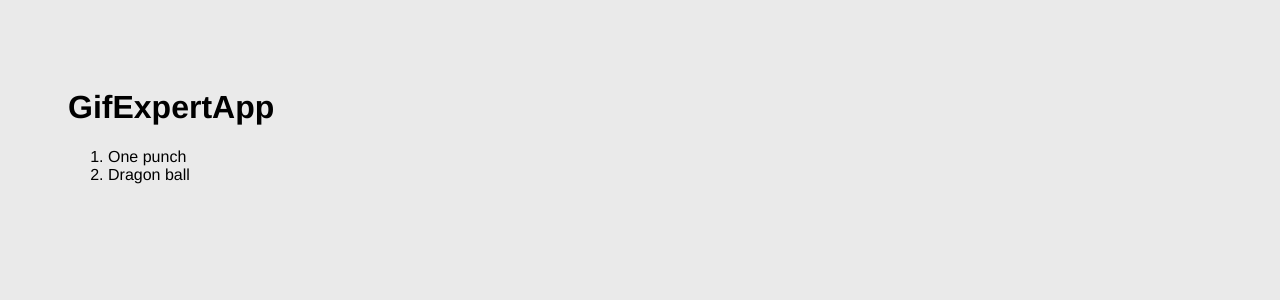
Repository: mmg0206/react-gif-expert
Page: /
These files come from the project's save history. The page is drawn as it stood at one moment and after the next save; the edit follows.
The browser window is 1280 px wide. The pictures show the whole page.
The project was rebuilt for these pictures with package versions that can differ from the ones it lists, and the page was loaded fresh each time. Also part of the build but not shown: vite.config.js.

Above is the page before, as saved 2024-04-13 18:06:18.

### src/main.jsx
import React from 'react'
import ReactDOM from 'react-dom/client'
import { GifExpertApp } from './GifExpertApp.jsx'
import './styles.css';


ReactDOM.createRoot(document.getElementById('root')).render(
  <React.StrictMode>
    <GifExpertApp/>
  </React.StrictMode>
)

### src/GifExpertApp.jsx
import { useState } from "react";

export const GifExpertApp = () => {
  // const apiKey ='Ls33XwmjLip5m9fo9lFfzjgpz7a8Isa8';
  const [categories, setCategories] = useState(['One punch', 'Dragon ball']);
  console.log(categories);
  return (
    <>
      {/* titulo */}
      <h1>GifExpertApp</h1>

      {/* input */}

      {/* listado de gifs */}
      <ol>
        {
          categories.map(el =>{
              return <li key={el}>{el}</li>
          })
        }
      </ol>
        {/* Gif item */}
    </>
  )
}

Loaded but not shown: index.html (common file); src/styles.css (common file)

After the next save:
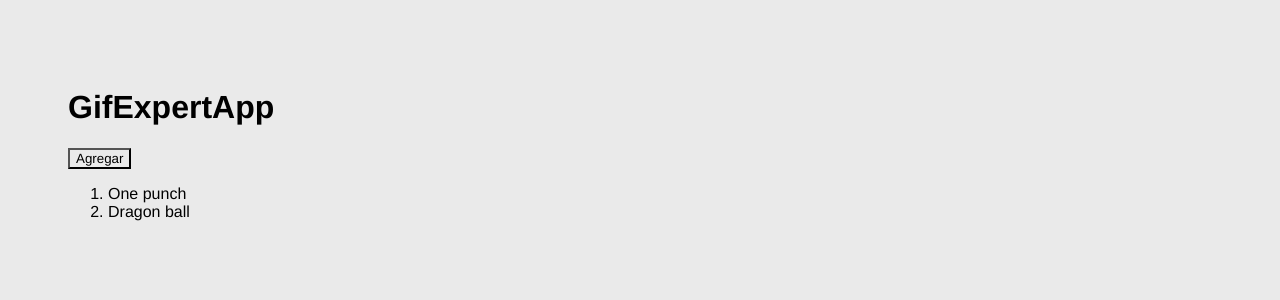
Saved 31 min 2 s later.
--- a/src/GifExpertApp.jsx
+++ b/src/GifExpertApp.jsx
@@ -3,6 +3,10 @@ import { useState } from "react";
 export const GifExpertApp = () => {
   // const apiKey ='Ls33XwmjLip5m9fo9lFfzjgpz7a8Isa8';
   const [categories, setCategories] = useState(['One punch', 'Dragon ball']);
+  const onAddCategory =()=>{
+    setCategories('Valorant');
+  }
+
   console.log(categories);
   return (
     <>
@@ -12,6 +16,7 @@ export const GifExpertApp = () => {
       {/* input */}
 
       {/* listado de gifs */}
+      <button onClick={()=>onAddCategory}>Agregar</button>
       <ol>
         {
           categories.map(el =>{
